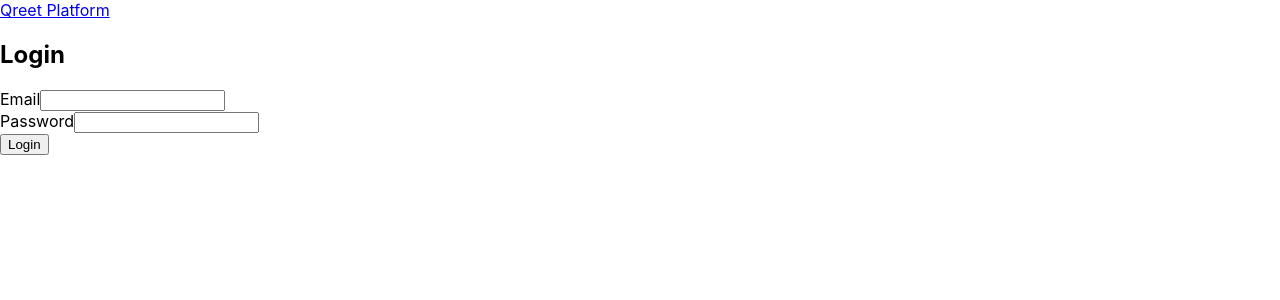
Repository: Ndegwa2/Soluschool
Page: /auth/login (app in frontend/)
An editor plug-in stored every save of this project. The page is shown before and after a run of saves, followed by the edit.
The browser window is 1280 px wide. The pictures show the whole page.
The project was rebuilt for these pictures with package versions that can differ from the ones it lists, and the page was loaded fresh each time. The framework's server and built-in components were replaced by stand-ins that run in the browser. Also part of the build but not shown: frontend/next.config.mjs. Imported but missing from the stored project, and not drawn on this page: frontend/lib/config.

Above is the page before, as saved 2025-10-04 09:54:26.

### frontend/pages/_app.js
import '../styles/globals.css'
import { AuthProvider } from '../lib/AuthContext'
import Header from '../components/layout/Header'

function MyApp({ Component, pageProps }) {
  return (
    <AuthProvider>
      <Header />
      <Component {...pageProps} />
    </AuthProvider>
  )
}

export default MyApp

### frontend/pages/auth/login.js
import { useRouter } from 'next/router'
import { useEffect } from 'react'
import AuthForm from '../../components/common/AuthForm'
import { isAuthenticated, getUserRole } from '../../lib/auth'

export default function Login() {
  const router = useRouter()

  useEffect(() => {
    if (isAuthenticated()) {
      const role = getUserRole()
      if (role === 'parent') {
        router.push('/dashboard')
      } else if (role === 'guard') {
        router.push('/qr-codes')
      } else if (role === 'admin') {
        router.push('/dashboard')
      }
    }
  }, [router])

  const handleSuccess = () => {
    const role = getUserRole()
    if (role === 'parent') {
      router.push('/dashboard')
    } else if (role === 'guard') {
      router.push('/qr-codes')
    } else if (role === 'admin') {
      router.push('/dashboard')
    }
  }

  return (
    <div className="min-h-screen flex items-center justify-center bg-gray-100">
      <AuthForm isLogin={true} onSuccess={handleSuccess} />
    </div>
  )
}

### frontend/lib/AuthContext.js
import { createContext, useContext, useState, useEffect } from 'react'
import { isAuthenticated, getUserRole, logout } from './auth'

const AuthContext = createContext()

export const useAuth = () => useContext(AuthContext)

export const AuthProvider = ({ children }) => {
  const [isAuth, setIsAuth] = useState(false)
  const [role, setRole] = useState(null)

  useEffect(() => {
    setIsAuth(isAuthenticated())
    setRole(getUserRole())
  }, [])

  const handleLogout = () => {
    logout()
    setIsAuth(false)
    setRole(null)
  }

  return (
    <AuthContext.Provider value={{ isAuth, role, logout: handleLogout }}>
      {children}
    </AuthContext.Provider>
  )
}

### frontend/components/layout/Header.js
import React from 'react'
import Link from 'next/link'
import { useAuth } from '../../lib/AuthContext'

const Header = () => {
  const { isAuth, role, logout } = useAuth()

  return (
    <header className="bg-blue-600 text-white shadow">
      <div className="max-w-7xl mx-auto px-4">
        <div className="flex justify-between items-center py-4">
          <Link href="/" className="text-xl font-bold">
            Qreet Platform
          </Link>
          {isAuth && role === 'parent' && (
            <nav className="flex space-x-4">
              <Link href="/dashboard" className="hover:text-blue-200">Dashboard</Link>
              <Link href="/children" className="hover:text-blue-200">Children</Link>
              <Link href="/qr-codes" className="hover:text-blue-200">QR Codes</Link>
              <Link href="/history" className="hover:text-blue-200">History</Link>
              <button onClick={logout} className="hover:text-blue-200">Logout</button>
            </nav>
          )}
        </div>
      </div>
    </header>
  )
}

export default Header

### frontend/components/common/AuthForm.js
import { useState } from 'react'
import { useForm } from 'react-hook-form'
import { apiClient } from '../../lib/api'
import { login } from '../../lib/auth'

const AuthForm = ({ isLogin = true, onSuccess }) => {
  const [error, setError] = useState('')
  const [loading, setLoading] = useState(false)
  const { register, handleSubmit, formState: { errors } } = useForm()

  const onSubmit = async (data) => {
    setError('')
    setLoading(true)
    try {
      const endpoint = isLogin ? '/api/auth/login' : '/api/auth/register'
      const response = await apiClient.post(endpoint, data, false) // no auth for auth endpoints
      login(response.token)
      onSuccess && onSuccess()
    } catch (err) {
      setError(err.message || 'An error occurred')
    } finally {
      setLoading(false)
    }
  }

  return (
    <div className="max-w-md mx-auto bg-white p-6 rounded-lg shadow-md">
      <h2 className="text-2xl font-bold mb-4">{isLogin ? 'Login' : 'Register'}</h2>
      <form onSubmit={handleSubmit(onSubmit)} className="space-y-4">
        {!isLogin && (
          <div>
            <label className="block text-sm font-medium">Name</label>
            <input
              {...register('name', { required: 'Name is required' })}
              className="w-full p-2 border rounded"
              type="text"
            />
            {errors.name && <p className="text-red-500 text-sm">{errors.name.message}</p>}
          </div>
        )}
        <div>
          <label className="block text-sm font-medium">Email</label>
          <input
            {...register('email', { required: 'Email is required' })}
            className="w-full p-2 border rounded"
            type="email"
          />
          {errors.email && <p className="text-red-500 text-sm">{errors.email.message}</p>}
        </div>
        <div>
          <label className="block text-sm font-medium">Password</label>
          <input
            {...register('password', { required: 'Password is required' })}
            className="w-full p-2 border rounded"
            type="password"
          />
          {errors.password && <p className="text-red-500 text-sm">{errors.password.message}</p>}
        </div>
        {error && <p className="text-red-500">{error}</p>}
        <button
          type="submit"
          disabled={loading}
          className="w-full bg-blue-500 text-white p-2 rounded hover:bg-blue-600 disabled:opacity-50"
        >
          {loading ? 'Loading...' : (isLogin ? 'Login' : 'Register')}
        </button>
      </form>
    </div>
  )
}

export default AuthForm

### frontend/lib/auth.js
import { jwtDecode } from 'jwt-decode'

export const isAuthenticated = () => {
  const token = localStorage.getItem('token')
  if (!token) return false
  try {
    const decoded = jwtDecode(token)
    return decoded.exp * 1000 > Date.now()
  } catch {
    return false
  }
}

export const getToken = () => {
  return localStorage.getItem('token')
}

export const getUserRole = () => {
  const token = getToken()
  if (!token) return null
  try {
    const decoded = jwtDecode(token)
    return decoded.role
  } catch {
    return null
  }
}

export const login = (token) => {
  localStorage.setItem('token', token)
}

export const logout = () => {
  localStorage.removeItem('token')
}

### frontend/lib/api.js
import { API_URL } from './config'
import { getToken } from './auth'

const getHeaders = (includeAuth = true) => {
  const headers = { 'Content-Type': 'application/json' }
  if (includeAuth) {
    const token = getToken()
    if (token) {
      headers.Authorization = `Bearer ${token}`
    }
  }
  return headers
}

export const apiClient = {
  get: async (endpoint, includeAuth = true) => {
    const res = await fetch(`${API_URL}${endpoint}`, {
      headers: getHeaders(includeAuth)
    })
    if (!res.ok) {
      throw new Error(`API Error: ${res.status} ${res.statusText}`)
    }
    return res.json()
  },
  post: async (endpoint, data, includeAuth = true) => {
    const res = await fetch(`${API_URL}${endpoint}`, {
      method: 'POST',
      headers: getHeaders(includeAuth),
      body: JSON.stringify(data)
    })
    if (!res.ok) {
      throw new Error(`API Error: ${res.status} ${res.statusText}`)
    }
    return res.json()
  },
  put: async (endpoint, data, includeAuth = true) => {
    const res = await fetch(`${API_URL}${endpoint}`, {
      method: 'PUT',
      headers: getHeaders(includeAuth),
      body: JSON.stringify(data)
    })
    if (!res.ok) {
      throw new Error(`API Error: ${res.status} ${res.statusText}`)
    }
    return res.json()
  },
  delete: async (endpoint, includeAuth = true) => {
    const res = await fetch(`${API_URL}${endpoint}`, {
      method: 'DELETE',
      headers: getHeaders(includeAuth)
    })
    if (!res.ok) {
      throw new Error(`API Error: ${res.status} ${res.statusText}`)
    }
    return res.json()
  }
}

Loaded but not shown: frontend/styles/globals.css (common file)

After the next 2 saves:
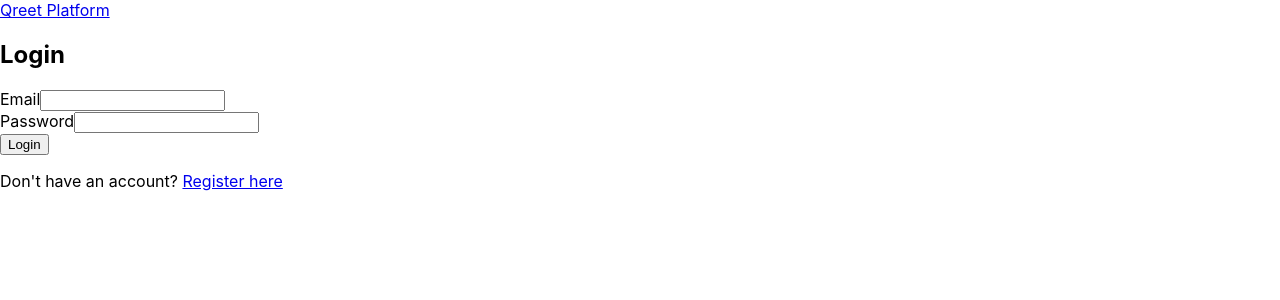
The 2 saves are shown as one change because they came seconds apart.
The last was saved 7 min 40 s later.
--- a/frontend/pages/auth/login.js
+++ b/frontend/pages/auth/login.js
@@ -32,7 +32,15 @@ export default function Login() {
 
   return (
     <div className="min-h-screen flex items-center justify-center bg-gray-100">
-      <AuthForm isLogin={true} onSuccess={handleSuccess} />
+      <div className="text-center">
+        <AuthForm isLogin={true} onSuccess={handleSuccess} />
+        <p className="mt-4 text-sm text-gray-600">
+          Don't have an account?{' '}
+          <a href="/auth/register" className="text-blue-500 hover:text-blue-700">
+            Register here
+          </a>
+        </p>
+      </div>
     </div>
   )
 }
